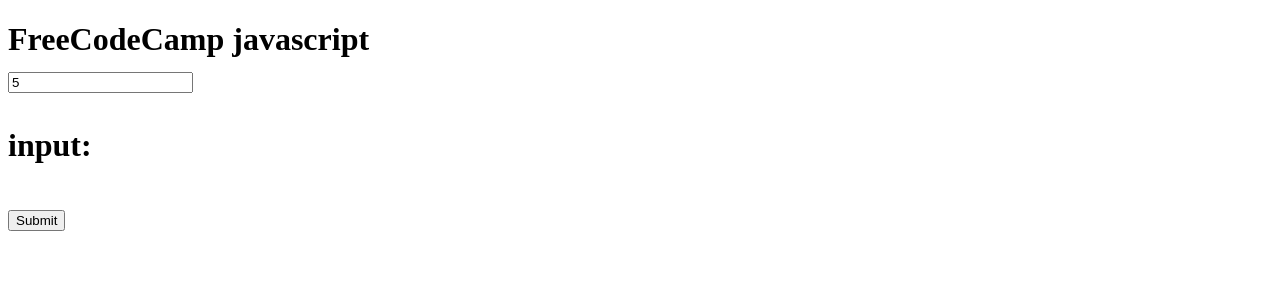
Repository: cuongcay/Clone_YB
Page: FreeCodeCamp.html
The author's editor kept a copy of each file at every save. The page is drawn from the files as they stood at one save, then again after a run of saves.
The browser window is 1280 px wide. The pictures show the whole page.
Empty fields were first filled with sample values (such as "Sample", 5 or name@example.com).
After loading, the first visible `#submit` was clicked once.

Above is the page before, as saved 2022-08-02 15:56:14.

After the next 5 saves:
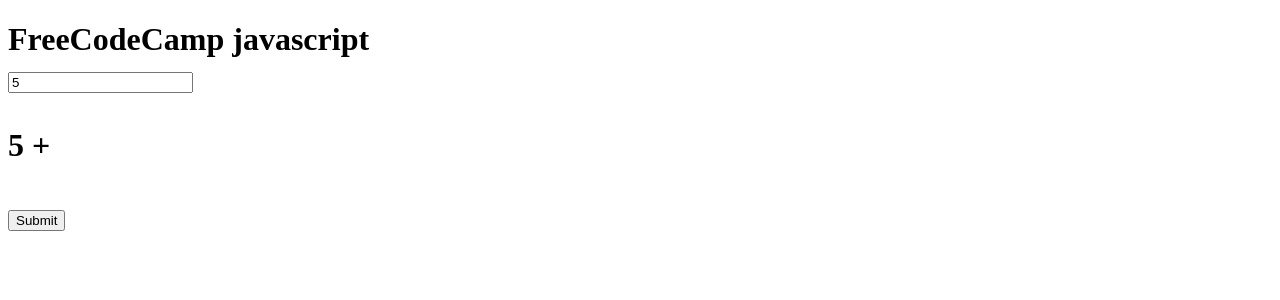
The 5 saves are shown as one change because they came seconds apart.
The last was saved 15 s later.
--- a/FreeCodeCamp.js
+++ b/FreeCodeCamp.js
@@ -8,7 +8,7 @@
 
     if(mod ===1){
         hello.innerHTML = `
-            input:
+            ${input} +
         `
     }else{
         console.log("la so chan");
